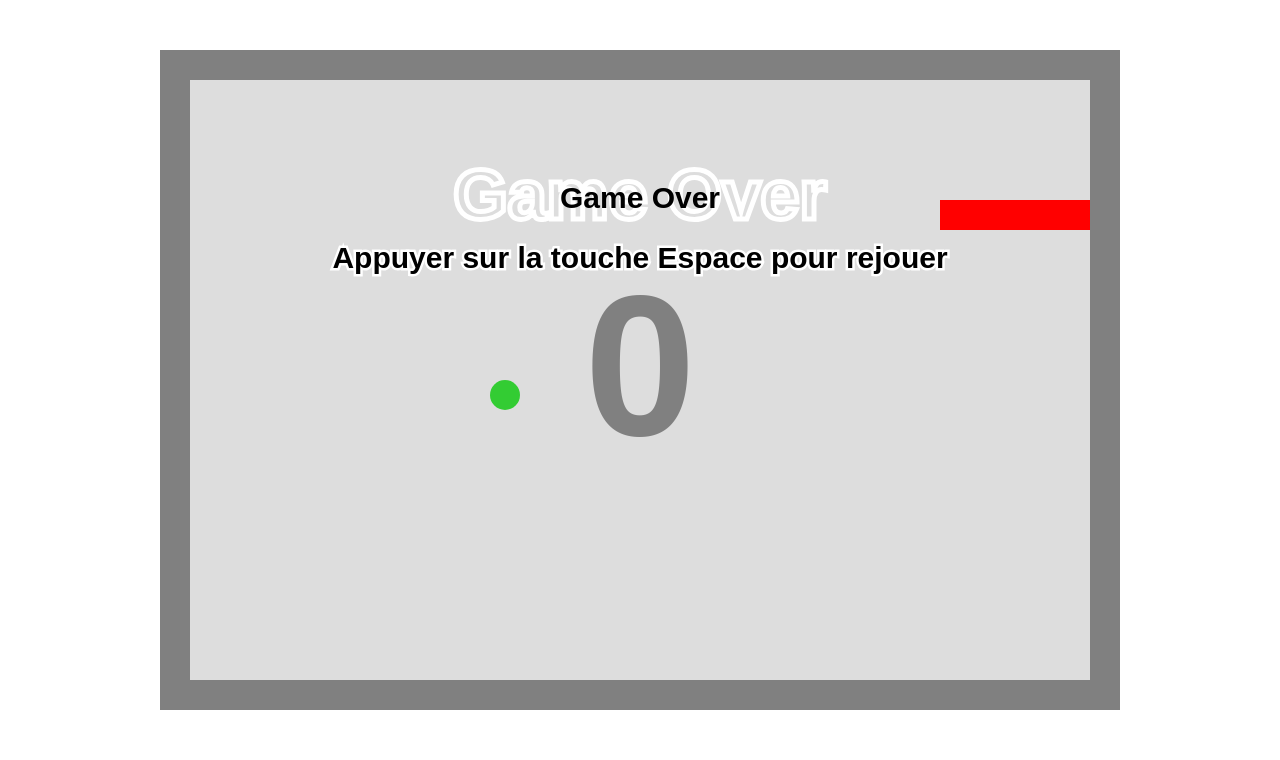
Repository: 0Memo/serpent
Page: index.html
These files come from the project's save history. The page is drawn as it stood at one moment and after the next save; the edit follows.
The browser window is 1280 px wide. The pictures show the whole page.

Above is the page before, as saved 2020-12-16 22:23:37.

### index.html
<!DOCTYPE html>
<html lang="es">
    <head>
        <meta charset="UTF-8">
        <meta name="viewport" content="width=device-width, initial-scale=1.0">
        <title>Juego de la serpiente></title>
    </head>
    <body>

        <script src="js/script.js"></script>
    </body>
</html>

### js/script.js
window.onload = function(){
    var canvasWidth = 900;
    var canvasHeight = 600;
    var blockSize = 30;
    var ctx;
    var delay = 100;
    var snakey;
    var appley;
    var widthInBlocks = canvasWidth / blockSize;
    var heightInBlocks = canvasHeight / blockSize;
    var score;

    init();

    function init(){
        var canvas = document.createElement('canvas');
        canvas.width = canvasWidth;
        canvas.height = canvasHeight;
        canvas.style.border = "30px solid gray";
        canvas.style.margin = "50px auto";
        canvas.style.display = "block";
        canvas.style.backgroundColor = "#ddd";
        document.body.appendChild(canvas);
        ctx = canvas.getContext('2d');
        snakey = new snake([[6,4], [5,4], [4,4], [3,4], [2, 4]], "right");
        appley = new apple([10, 10]);
        score = 0;
        refreshCanvas();

    }

    function refreshCanvas(){
        snakey.advance();
        if(snakey.checkCollision())
        {
            gameOver();
        } else {
            if(snakey.isEatingApple(appley))
            {
                score++;
                snakey.ateApple = true;
                do
                {
                    appley.setNewPosition();
                }
                while(appley.isOnSnake(snakey));
            }
            ctx.clearRect(0, 0, canvasWidth, canvasHeight);
            drawScore();
            snakey.draw();
            appley.draw();
            setTimeout(refreshCanvas,delay);
        }

    }

    function gameOver()
    {
        ctx.save();
        ctx.font = "bold 70px sans-serif";
        ctx.fillStyle = "#000";
        ctx.textAlign = "center";
        ctx.textBaseline = "middle";
        ctx.strokeStyle = "white";
        ctx.lineWidth = 5;
        var centreX = canvasWidth / 2;
        var centreY = canvasHeight / 2;
        ctx.strokeText("Game Over", centreX, centreY - 180);
        ctx.font = "bold 30px sans-serif";
        ctx.fillText("Game Over", centreX, centreY - 180);
        ctx.strokeText("Appuyer sur la touche Espace pour rejouer", centreX, centreY - 120);
        ctx.fillText("Appuyer sur la touche Espace pour rejouer", centreX, centreY -120);
        ctx.restore();
    }

    function restart()
    {
        snakey = new snake([[6,4], [5,4], [4,4], [3,4], [2, 4]], "right");
        appley = new apple([10, 10]);
        score = 0;
        refreshCanvas();
    }

    function drawScore()
    {
        ctx.save();
        ctx.font = "bold 200px sans-serif";
        ctx.fillStyle = "gray";
        ctx.textAlign = "center";
        ctx.textBaseline = "middle";
        var centreX = canvasWidth / 2;
        var centreY = canvasHeight / 2;
        ctx.fillText(score.toString(), centreX, centreY);
        ctx.restore();
    }

    function drawBlock(ctx, position){
        var x = position[0] * blockSize;
        var y = position[1] * blockSize;
        ctx.fillRect(x, y, blockSize, blockSize);
    }

    function snake(body, direction) {
        this.body = body;
        this.direction = direction;
        this.ateApple = false;
        this.draw = function(){
            ctx.save();
            ctx.fillStyle = "#ff0000";
            for(var i = 0; i < this.body.length; i++){
                drawBlock(ctx, this.body[i]);
            }
            ctx.restore();
        };
        this.advance = function(){
            var nextPosition = this.body[0].slice();
            switch(this.direction){
                case "left":
                    nextPosition[0] -=1;
                    break;
                case "right":
                    nextPosition[0] +=1;
                    break;
                case "down":
                    nextPosition[1] +=1;
                    break;
                case "up":
                    nextPosition[1] -=1;
                    break;
                default:
                    throw("Invalid Direction");
            }
            this.body.unshift(nextPosition);
            if(!this.ateApple)
            {
                this.body.pop();
            } else {
                this.ateApple = false;
            }
        };
        this.setDirection = function(newDirection)
        {
            var allowedDirections;
            switch(this.direction){
                case "left":
                case "right":
                    allowedDirections = ["up", "down"];
                    break;
                case "down":
                case "up":
                    allowedDirections = ["left", "right"];
                    break;
                default:
                    throw("Invalid Direction");
            }
            if(allowedDirections.indexOf(newDirection) > -1){
                this.direction = newDirection;
            };
        };
        this.checkCollision = function()
        {
            var wallCollision = false;
            var snakeCollision = false;
            var head = this.body[0];
            var rest = this.body.slice(1);
            var snakeX = head[0];
            var snakeY = head[1];
            var minX = 0;
            var minY = 0;
            var maxX = widthInBlocks  - 1;
            var maxY = heightInBlocks - 1;
            var isNotBetweenHorizontalWalls = snakeX < minX || snakeX > maxX;
            var isNotBetweenVerticalWalls = snakeY < minY || snakeY > maxY;

            if(isNotBetweenHorizontalWalls || isNotBetweenVerticalWalls)
            {
                wallCollision = true;
            }

            for(var i = 0; i < rest.length; i++){
                if(snakeX === rest[i][0] && snakeY === rest[i][1]){
                    snakeCollision = true;
                }
            }
            return wallCollision || snakeCollision;
        };
        this.isEatingApple = function(appleToEat)
        {
            var head = this.body[0];
            if(head[0] === appleToEat.position[0] && head[1] === appleToEat.position[1])
            {
                return true;
            } else {
                return false;
            }
        };
    }

    function apple(position)
    {
        this.position = position;
        this.draw = function(){
            ctx.save();
            ctx.fillStyle = "#33cc33";
            ctx.beginPath();
            var radius = blockSize / 2;
            var x = this.position[0] * blockSize + radius;
            var y = this.position[1] * blockSize + radius;
            ctx.arc(x,y, radius, 0, Math.PI*2, true);
            ctx.fill();
            ctx.restore();
        };
        this.setNewPosition = function()
        {
            var newX = Math.round(Math.random() * (widthInBlocks - 1));
            var newY = Math.round(Math.random() * (heightInBlocks - 1));
            this.position = [newX, newY];
        };

        this.isOnSnake = function(snakeToCheck)
        {
            var isOnSnake = false;
            for(i = 0; i < snakeToCheck.body.length; i++)
            {
                if(this.position[0] === snakeToCheck.body[i][0] && this.position[1] === snakeToCheck.body[i][1])
                {
                    isOnSnake = true;
                }
            }
            return isOnSnake;
        }
    };

    document.onkeydown = function handleKeyDown(e){
    var key = e.keyCode;
    var newDirection;
    switch(key){
        case 37:
            newDirection = "left";
            break;
        case 38:
            newDirection = "up";
            break;
        case 39:
            newDirection = "right";
            break;
        case 40:
            newDirection = "down";
            break;
        case 32:
            restart();
            return;
        default:
            return;
    };
    snakey.setDirection(newDirection);
};
}

After the next save:
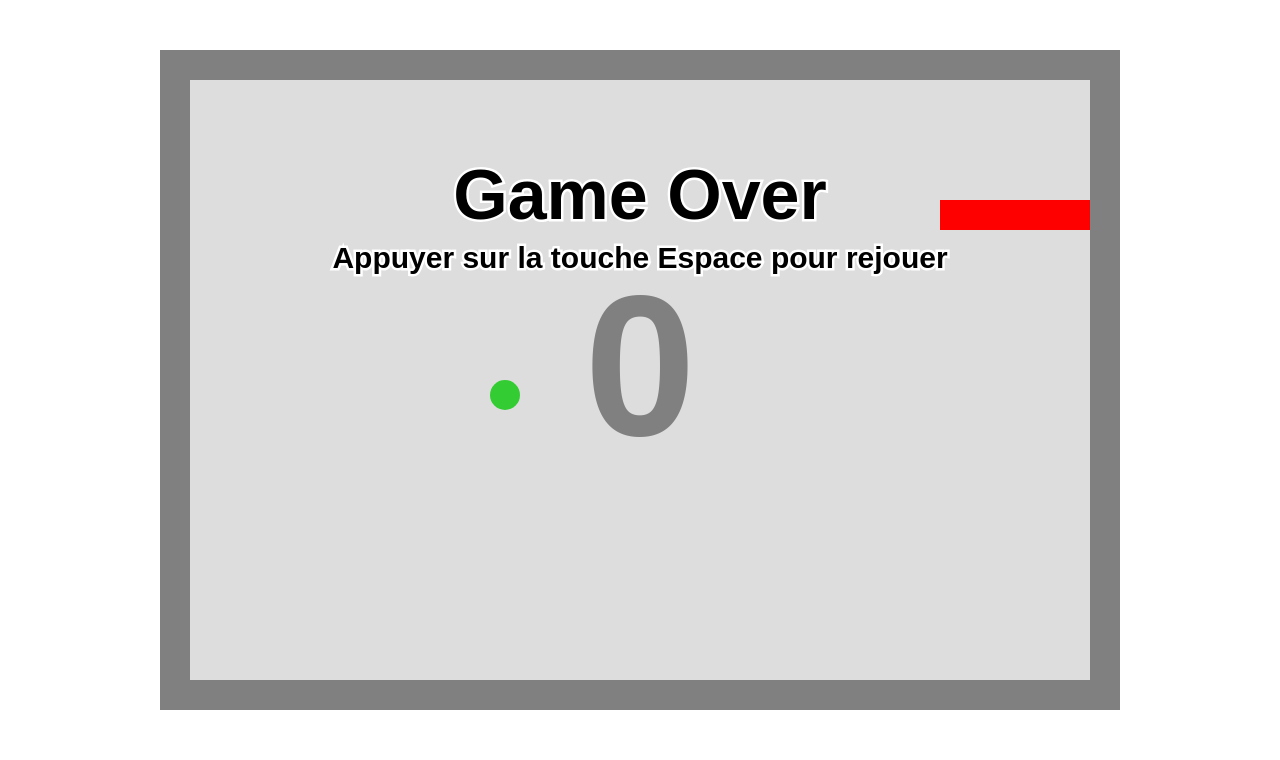
Saved 17 s later.
--- a/js/script.js
+++ b/js/script.js
@@ -66,8 +66,8 @@ window.onload = function(){
         var centreX = canvasWidth / 2;
         var centreY = canvasHeight / 2;
         ctx.strokeText("Game Over", centreX, centreY - 180);
+        ctx.fillText("Game Over", centreX, centreY - 180);
         ctx.font = "bold 30px sans-serif";
-        ctx.fillText("Game Over", centreX, centreY - 180);
         ctx.strokeText("Appuyer sur la touche Espace pour rejouer", centreX, centreY - 120);
         ctx.fillText("Appuyer sur la touche Espace pour rejouer", centreX, centreY -120);
         ctx.restore();
